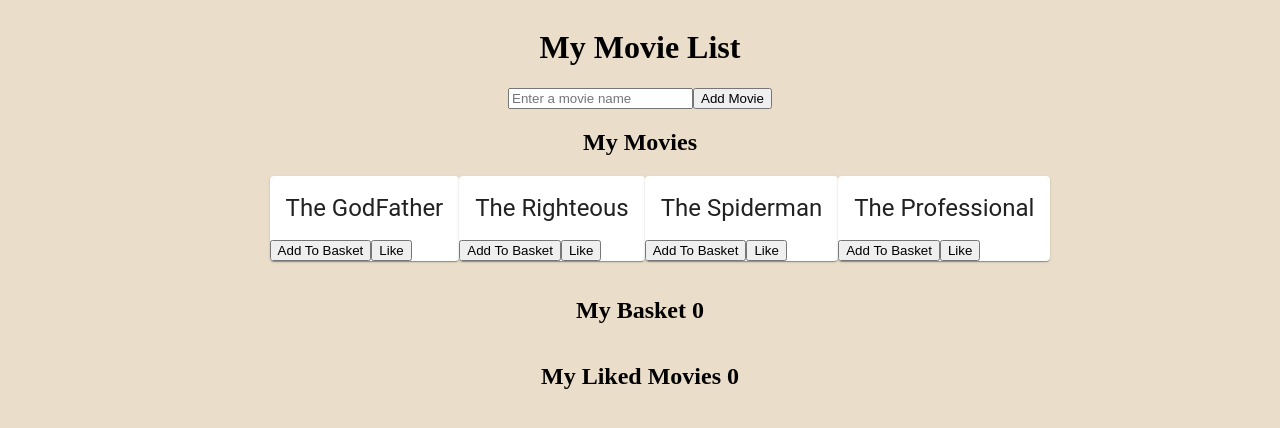
Repository: sinchana-p-iVoyant/redux-movie-store
Page: /
These files come from the project's save history. The page is drawn as it stood at one moment and after the next save; the edit follows.
The browser window is 1280 px wide. The pictures show the whole page.
The project was rebuilt for these pictures with package versions that can differ from the ones it lists, and the page was loaded fresh each time. Also part of the build but not shown: vite.config.ts.

Above is the page before, as saved 2024-02-15 12:14:37.

### index.html
<!doctype html>
<html lang="en">
  <head>
    <meta charset="UTF-8" />
    <link rel="icon" type="image/svg+xml" href="/vite.svg" />
    <meta name="viewport" content="width=device-width, initial-scale=1.0" />
    <title>Redux Movie Store</title>
  </head>
  <body>
    <div id="root"></div>
    <script type="module" src="/src/main.tsx"></script>
  </body>
</html>

### src/main.tsx
import React from 'react'
import ReactDOM from 'react-dom/client'
import App from './App.tsx'
// import './index.css'
import store from './store/index';
import { Provider } from 'react-redux'


ReactDOM.createRoot(document.getElementById('root')!).render(
  <React.StrictMode>
    <Provider store={store}>
      <App />
    </Provider>
  </React.StrictMode>,
)

### src/App.tsx
import { useState } from "react";
// import './App.css'
import { useSelector, useDispatch } from "react-redux";
import {Movie} from './store/index'
import {Card, CardComponent, CardActions, Button, Typography, CardContent} from '@mui/material'
import { Favorite, FavoriteBorder, AddShoppingCart, RemoveShoppingCart } from "@mui/icons-material";
import './App.css'

const App = () => {
  const [movieTitle, setMovieTitle] = useState("");

  // 🔥 a. To Trigger from UI.
  const dispatch = useDispatch();

  // 🔥 b. To update the UI, based on state updates in the store.

  // movies state (array)
  // const movies = useSelector(state => state.movies)
  // ------> return value: state.movies

  // Note:
  // The function passed to `useSelector` selects a slice of the state that we are interested in.
  // The function parameter specifies the `structure` of the Redux state object.
  // It's `type` annotated in TypeScript to ensure the type safety.
  // specifying the structure of the Redux state object using TypeScript type annotations enhances code quality, readability, and maintainability while providing additional safety checks and tooling support during development.

  const movies = useSelector(
    (state : {
      movies: { title: string; liked: boolean; inBasket: boolean }[];
    }) => state.movies
  );

  // const basket = useSelector((state) => state.basket);
  const basket = useSelector((state: { basket: string[] }) => state.basket);

  // const likedMovies = useSelector((state) => state.likedMovies);
  const likedMovies = useSelector((state: { likedMovies: string[] }) => state.likedMovies);


  // 4. Action Creator
  const handleAddMovie = () => {
    const newMovie = {
      title: movieTitle,
      inBasket: false,
      liked: false
    }
    dispatch({ type: "ADD_MOVIE", payload: newMovie });
    setMovieTitle(""); // Reset back to Empty String
  };

  const handleAddToBasket = (movie: string) => {
    dispatch({ type: "ADD_TO_BASKET", payload: movie });
  };
  const handleAddToLikedMovies = (movie: string) => {
    dispatch({ type: "ADD_TO_LIKED_MOVIE", payload: movie });
  };

  return (
    <div className="container">
      <div>
        <h1>My Movie List</h1>
      </div>
      <div className="add-movie">
        <input
          type="text"
          placeholder="Enter a movie name"
          value={movieTitle}
          onChange={(e) => setMovieTitle(e.target.value)}
        />
        <button onClick={handleAddMovie}>Add Movie</button>
      </div>
      <div>
        <h2>My Movies</h2>
        <ul className="movie-list">
          {movies.map((movie: Movie, index) => (
            <Card key={index}>
              <CardContent>
                <Typography variant="h5" component='h2'>
                  {movie.title}
                </Typography>
              </CardContent>
                <button onClick={() => handleAddToBasket(movie.title)}>
                  {movie.inBasket ? "Remove From Basket" : "Add To Basket"}
                </button>
                <button onClick={() => handleAddToLikedMovies(movie.title)}>
                  {movie.liked ? "Dislike" : "Like"}
                </button>

            </Card>
          ))}
        </ul>
      </div>
      <div>
        <h2>My Basket {basket.length}</h2>
        <ul>
          {basket.map((basket, index) => (
            <li key={index}>{basket}</li>
          ))}
        </ul>
      </div>
      <div>
        <h2>My Liked Movies {likedMovies.length}</h2>
        <ul>
          {likedMovies.map((likedMovie, index) => (
            <li key={index}>{likedMovie}</li>
          ))}
        </ul>
      </div>
    </div>
  );
};

export default App;

// 1. Save the new movie in the local state.
// 2. Add the new movie in local state to the Store.
// 3. Fetch the movies array, from the store

// 3. a. To display in - My Basket & My Liked Movies

### src/store/index.tsx
import { createStore } from "redux";

export type Movie = {
    title: string,
    inBasket: boolean,
    liked: boolean
}

export type State = {
    movies: Movie[],
    basket: string[],
    likedMovies: string[]
}

type Action =
  | { type: "ADD_MOVIE"; payload: Movie } |
    { type: 'ADD_TO_BASKET', payload: string } |
    { type: "ADD_TO_LIKED_MOVIE", payload: string };

// InitialState
const initialState: State = {
    movies: [
      {title: 'The GodFather', inBasket: false, liked: false},
      {title: 'The Righteous', inBasket: false, liked: false},
      {title: 'The Spiderman', inBasket: false, liked: false},
      {title: 'The Professional', inBasket: false, liked: false},
    ],
    basket: [],
    likedMovies: []
}

// Reducers - Make Immutable Updates
const reducer = (state: State = initialState, action: Action): State => {
  switch (action.type) {
    case 'ADD_MOVIE':
      return {
        ...state,
        movies: [...state.movies, action.payload]
      }
    case 'ADD_TO_BASKET':
      return {
        ...state,
          movies: state.movies.map(movie => movie.title === action.payload ? {...movie, inBasket: !movie.inBasket } : movie),
        basket: state.basket.includes(action.payload) ? state.basket.filter(movie => movie !== action.payload) : [...state.basket, action.payload]
      }
    case 'ADD_TO_LIKED_MOVIE':
      return {
        ...state,
        movies: state.movies.map(movie => movie.title === action.payload ? {...movie, liked: !movie.liked} : movie) ,
        likedMovies: state.likedMovies.includes(action.payload) ? state.likedMovies.filter(movie => movie !== action.payload) :  [...state.likedMovies, action.payload]
      }
    default:
      return state
  }
}

// Store
const store = createStore(reducer)
export default store

// 1. State
// 2. Reducer
// 3. Store

### src/App.css
body {
  background-color: #EADDCA;
}

h1, h2{
  text-align: center;
}

.container {
  display: flex;
  flex-direction: column;
  align-items: center;
  justify-content: center;
}

.movie-list {
  display: flex;
  flex-wrap: wrap;
  justify-content: center;
}

.movie-card {
  width: 250px;
  margin: 10px;
}

.card-content {
  padding: 16px;
}

.card-actions {
  display: flex;
  justify-content: space-between;
}


















/* #root {
  max-width: 1280px;
  margin: 0 auto;
  padding: 2rem;
  text-align: center;
} */

/*
.logo {
  height: 6em;
  padding: 1.5em;
  will-change: filter;
  transition: filter 300ms;
}
.logo:hover {
  filter: drop-shadow(0 0 2em #646cffaa);
}
.logo.react:hover {
  filter: drop-shadow(0 0 2em #61dafbaa);
}

@keyframes logo-spin {
  from {
    transform: rotate(0deg);
  }
  to {
    transform: rotate(360deg);
  }
}

@media (prefers-reduced-motion: no-preference) {
  a:nth-of-type(2) .logo {
    animation: logo-spin infinite 20s linear;
  }
}

.card {
  padding: 2em;
}

.read-the-docs {
  color: #888;
} */

/* ------------------------- */

After the next save:
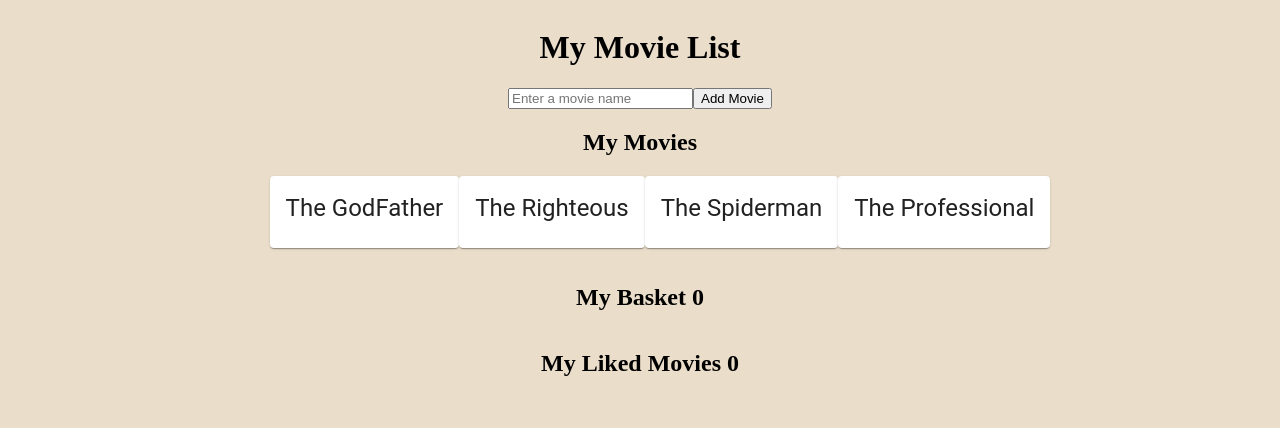
Saved 6 s later.
--- a/src/App.tsx
+++ b/src/App.tsx
@@ -79,12 +79,8 @@ const App = () => {
                   {movie.title}
                 </Typography>
               </CardContent>
-                <button onClick={() => handleAddToBasket(movie.title)}>
-                  {movie.inBasket ? "Remove From Basket" : "Add To Basket"}
-                </button>
-                <button onClick={() => handleAddToLikedMovies(movie.title)}>
-                  {movie.liked ? "Dislike" : "Like"}
-                </button>
+
+
 
             </Card>
           ))}
